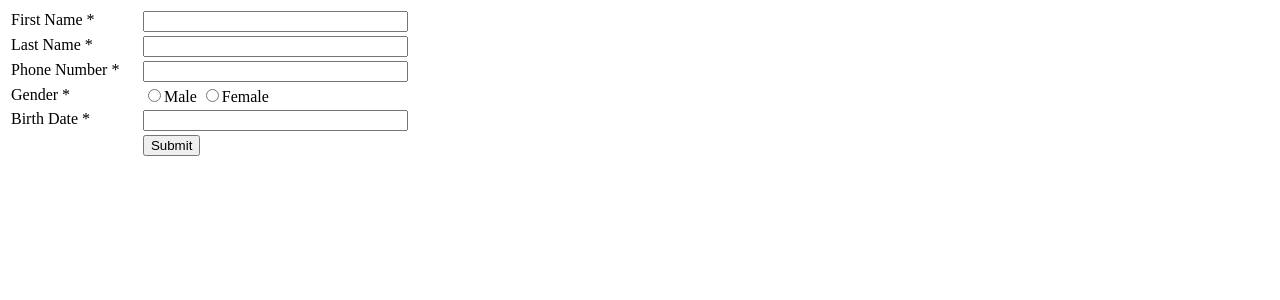
Repository: avsuhas/Java-Project
Page: http://localhost/Employee_Project/jsp/addUser.jsp
These files come from the project's save history. The page is drawn as it stood at one moment and after the next save; the edit follows.
The browser window is 1280 px wide. The pictures show the whole page.
The page is served by Tomcat 9.

Above is the page before, as saved 2017-06-01 15:30:37.

After the next save:
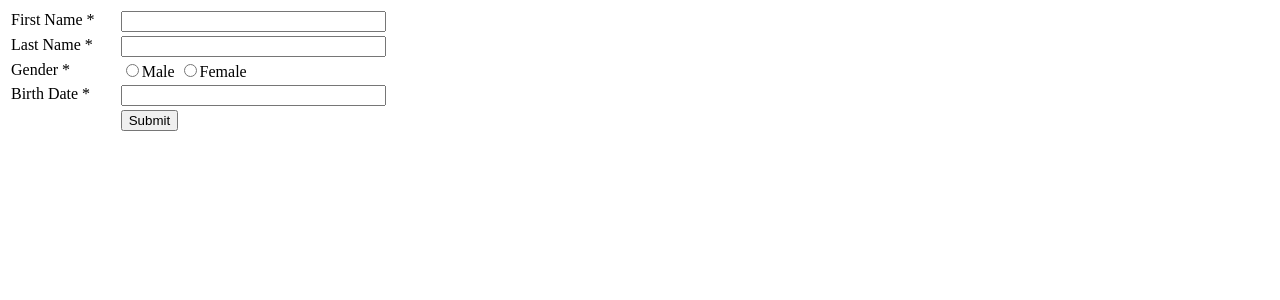
Saved 19 s later.
--- a/Employee Project/WebContent/jsp/addUser.jsp
+++ b/Employee Project/WebContent/jsp/addUser.jsp
@@ -33,14 +33,6 @@
 	</tr>
 
 
-	<tr>
- 	<td valign="top">
-  	<label for="phoneNumber">Phone Number *</label>
- 	</td>
- 	<td valign="top">
-  	<input  type="text" name="phoneno" maxlength="20" size="30" required>
- 	</td>
-	</tr>
 
 
 	<tr>
